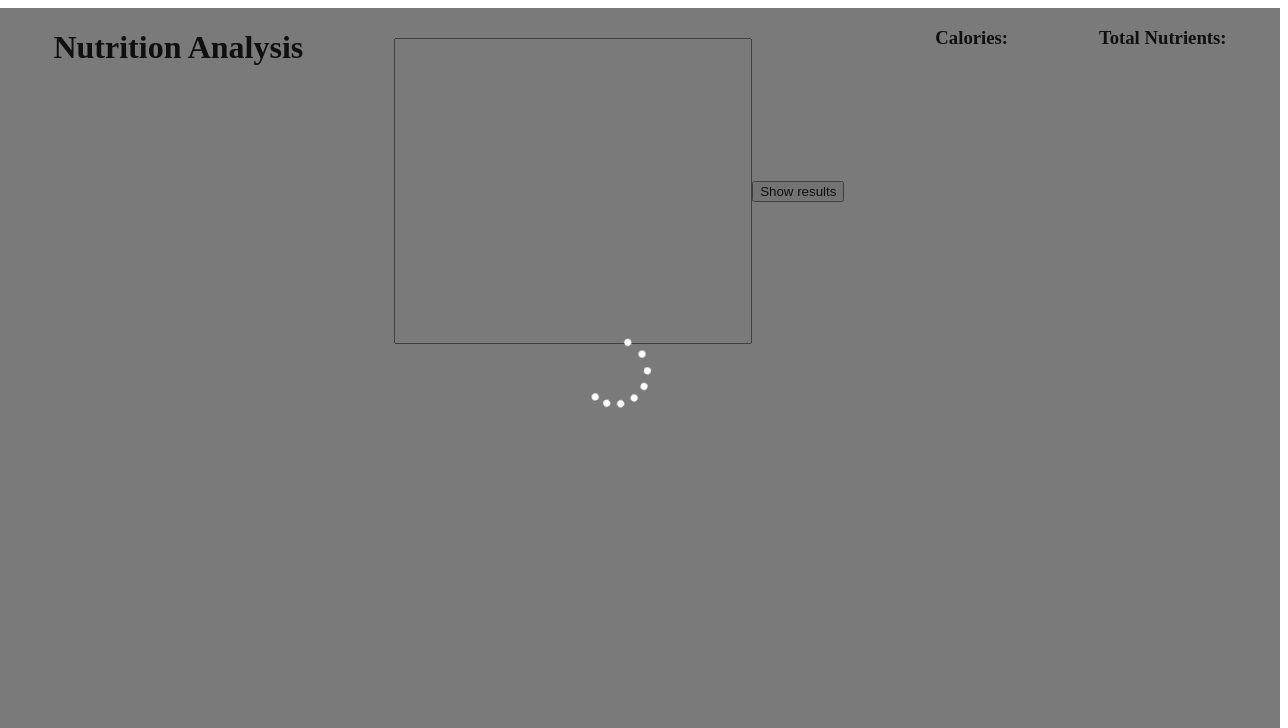
Repository: asya-aisa/nutrition-app
Page: /
These files come from the project's save history. The page is drawn as it stood at one moment and after a run of saves; the edit follows.
The browser window is 1280 px wide. The page is 1280 px wide, then 1288 px, so the pictures cover 1288 px, including what lies to the right of the window. The pictures show the whole page.
The page's requests for data from a server got no answer. The project was rebuilt for these pictures with package versions that can differ from the ones it lists, and the page was loaded fresh each time. No one was signed in, and anything a server would have sent is missing. Also part of the build but not shown: src/MyComponent.js.

Above is the page before, as saved 2023-09-25 20:42:28.

After the next 6 saves:
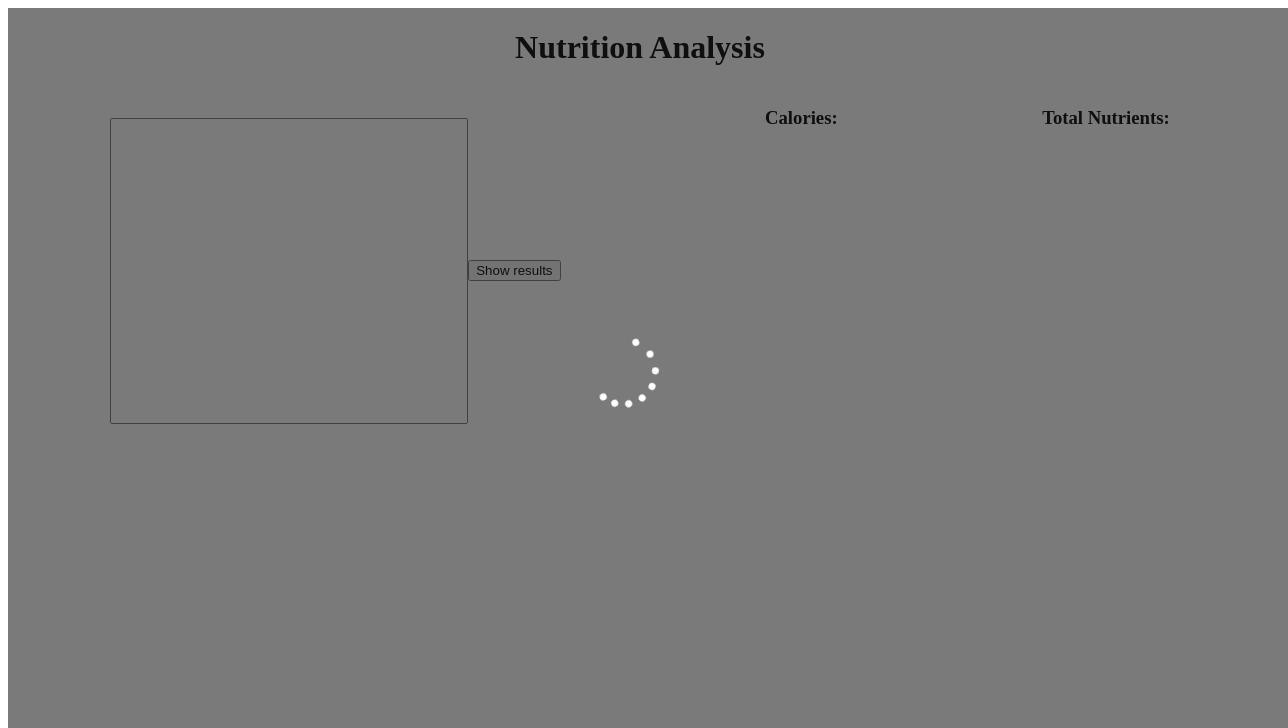
The 6 saves are shown as one change because 2 did not build or start and some came seconds apart.
The last was saved 24 s later.
--- a/src/App.js
+++ b/src/App.js
@@ -52,12 +52,13 @@ function App() {
     setBodyText(userText)
   }
 
-  return (
-    <div className="App">
+  return (<div>
+
 {stateLoader && <LoaderPage />}
         <div className='cont'>
           <h1>Nutrition Analysis</h1>
         </div>
+      <div className="App">
       <form>
         <input type='text' onChange={handleInput} />
         <button onClick={changeBody}>Show results</button>
@@ -78,7 +79,7 @@ function App() {
       </div>
 
     </div>
-  );
+    </div>);
 }
 
 export default App;
